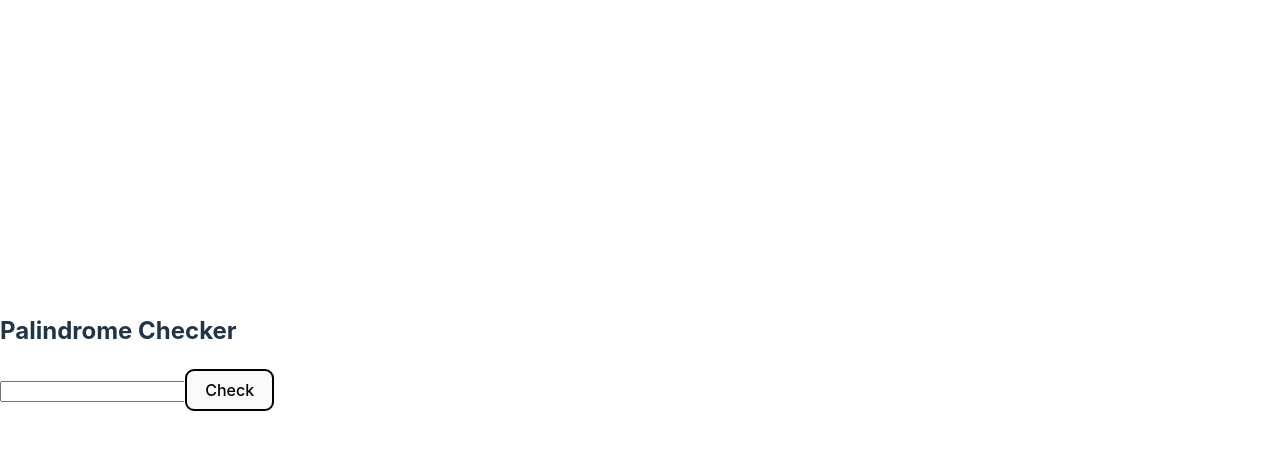
Repository: devblackie/palindrome
Page: /
These files come from the project's save history. The page is drawn as it stood at one moment and after the next save; the edit follows.
The browser window is 1280 px wide. The pictures show the whole page.
The first visible `button` has the focus.
The project was rebuilt for these pictures with package versions that can differ from the ones it lists, and the page was loaded fresh each time. Also part of the build but not shown: vite.config.js.

Above is the page before, as saved 2023-08-22 15:24:22.

After the next save:
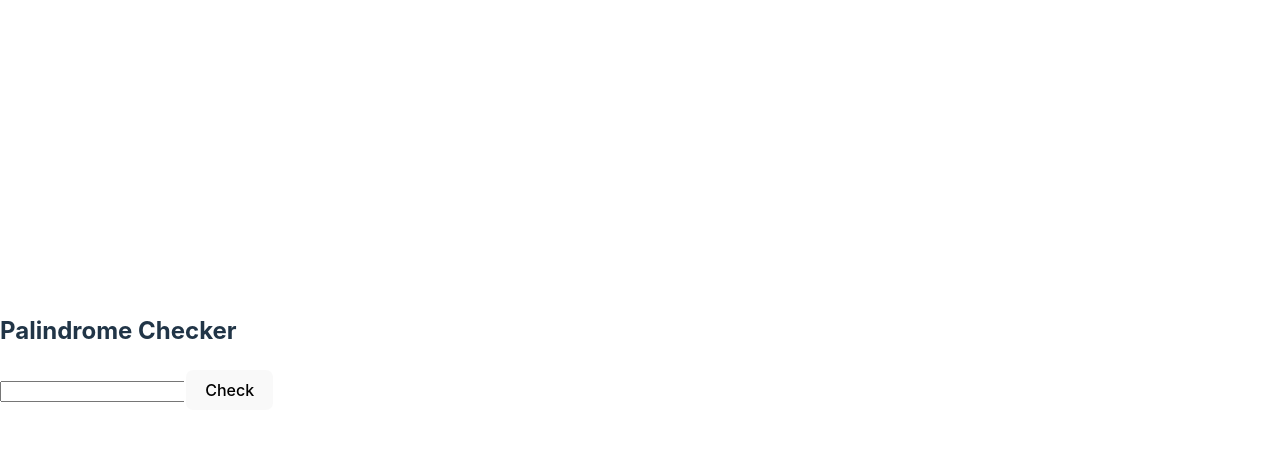
Saved 2 min 33 s later.
--- a/src/index.css
+++ b/src/index.css
@@ -52,7 +52,7 @@ button:hover {
 }
 button:focus,
 button:focus-visible {
-  outline: 4px auto ;
+  outline: 4px auto transparent;
 }
 
 @media (prefers-color-scheme: light) {
